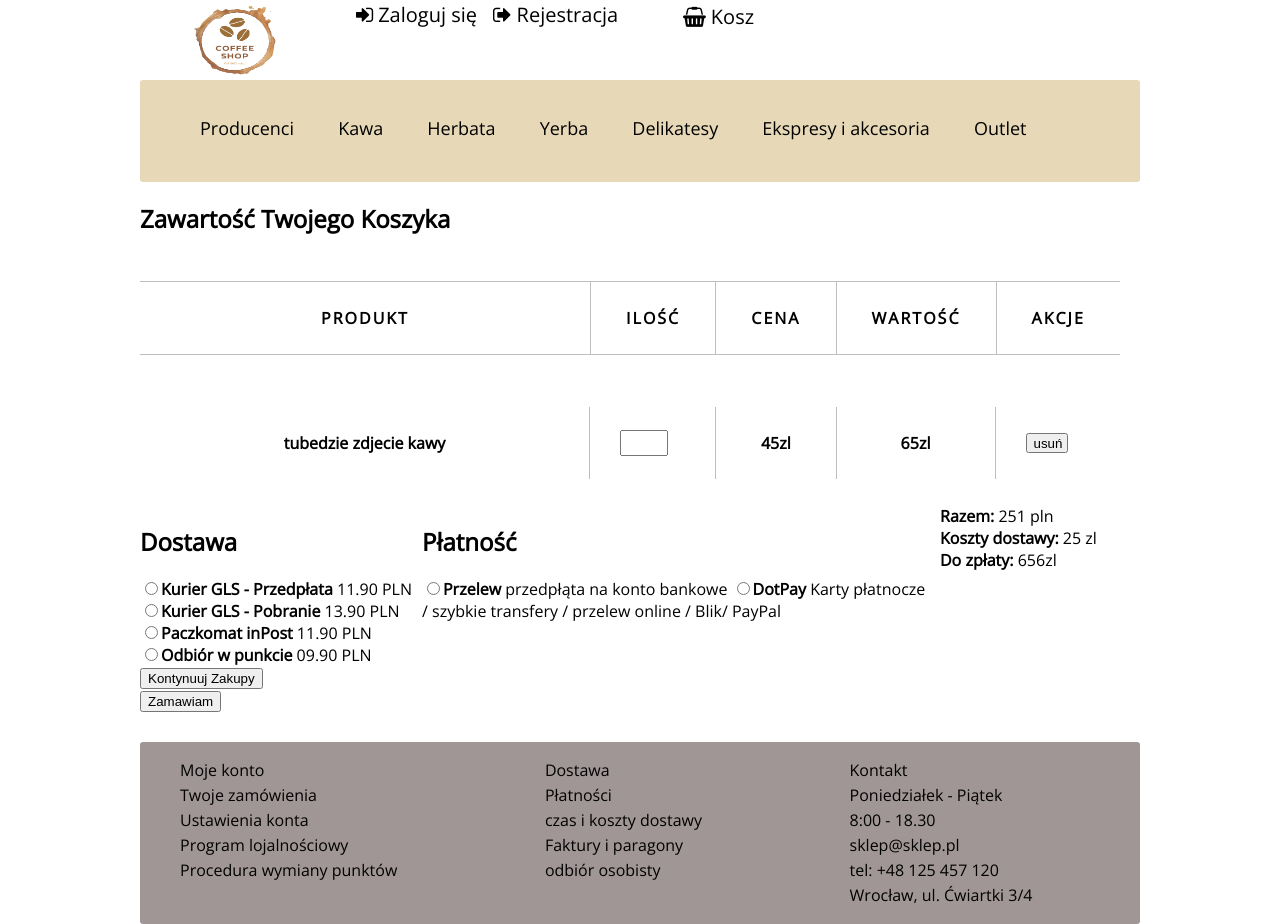
Repository: kq333/CoffeShop
Page: index2.html
These files come from the project's save history. The page is drawn as it stood at one moment and after the next save; the edit follows.
The browser window is 1280 px wide. The pictures show the whole page.
The style sheet was rebuilt from its Sass, Less or Tailwind sources for each picture, by a compiler version that may differ from the author's.

Above is the page before, as saved 2020-12-10 00:44:23.
Console error: TypeError: Cannot read properties of null (reading 'addEventListener')

After the next save:
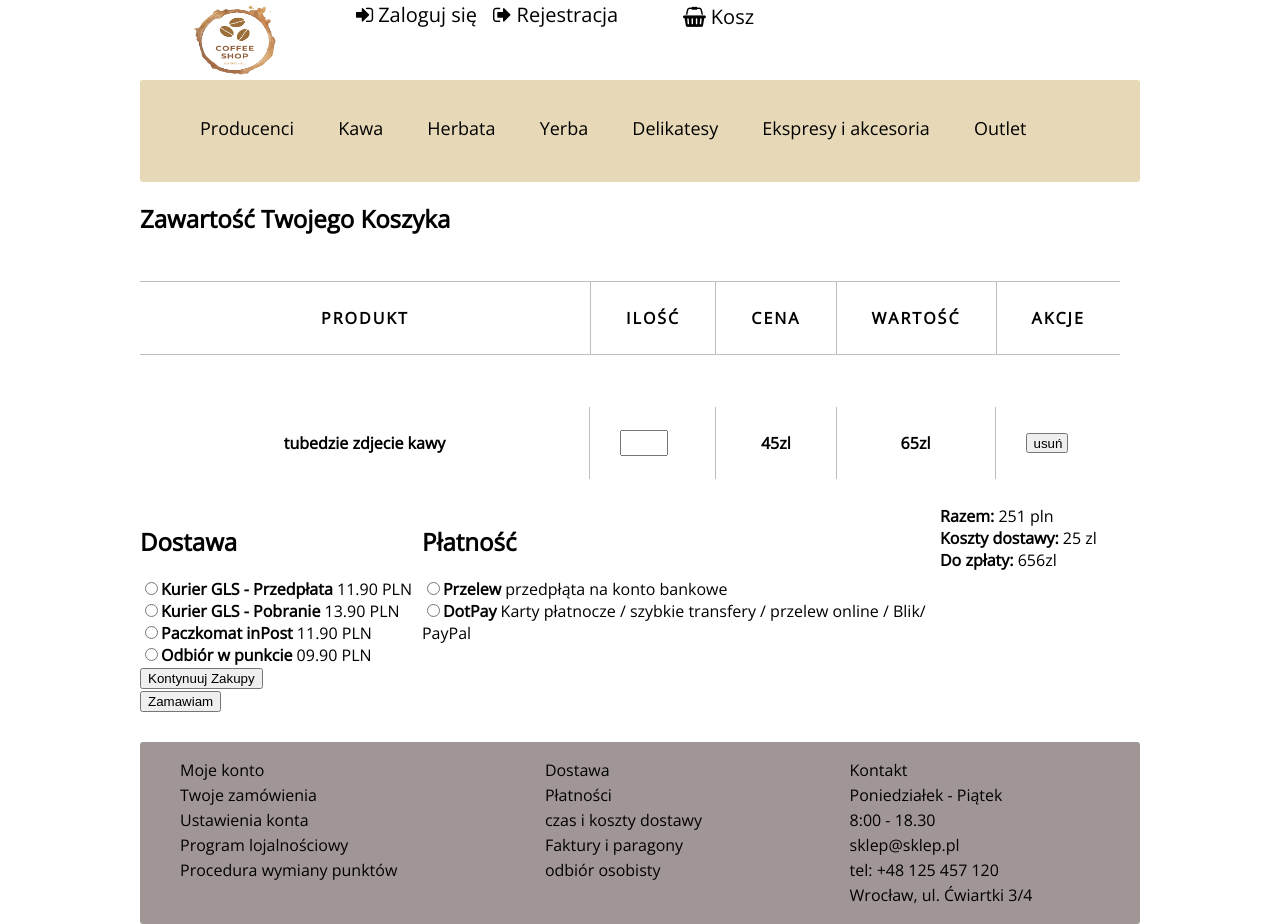
Saved 88 s later.
--- a/index2.html
+++ b/index2.html
@@ -282,11 +282,12 @@
 
                             <div class="payment">
                                 <h2>Płatność</h2>
+                                <div class="pay1">
                                 <input type="radio"><strong>Przelew</strong>
-                                przedpłąta na konto bankowe
-
+                                przedpłąta na konto bankowe</div>
+                                <div class="pay2">
                                 <input type="radio"><strong>DotPay</strong>
-                                Karty płatnocze / szybkie transfery / przelew online / Blik/ PayPal
+                                Karty płatnocze / szybkie transfery / przelew online / Blik/ PayPal</div>
 
 
                             </div>
